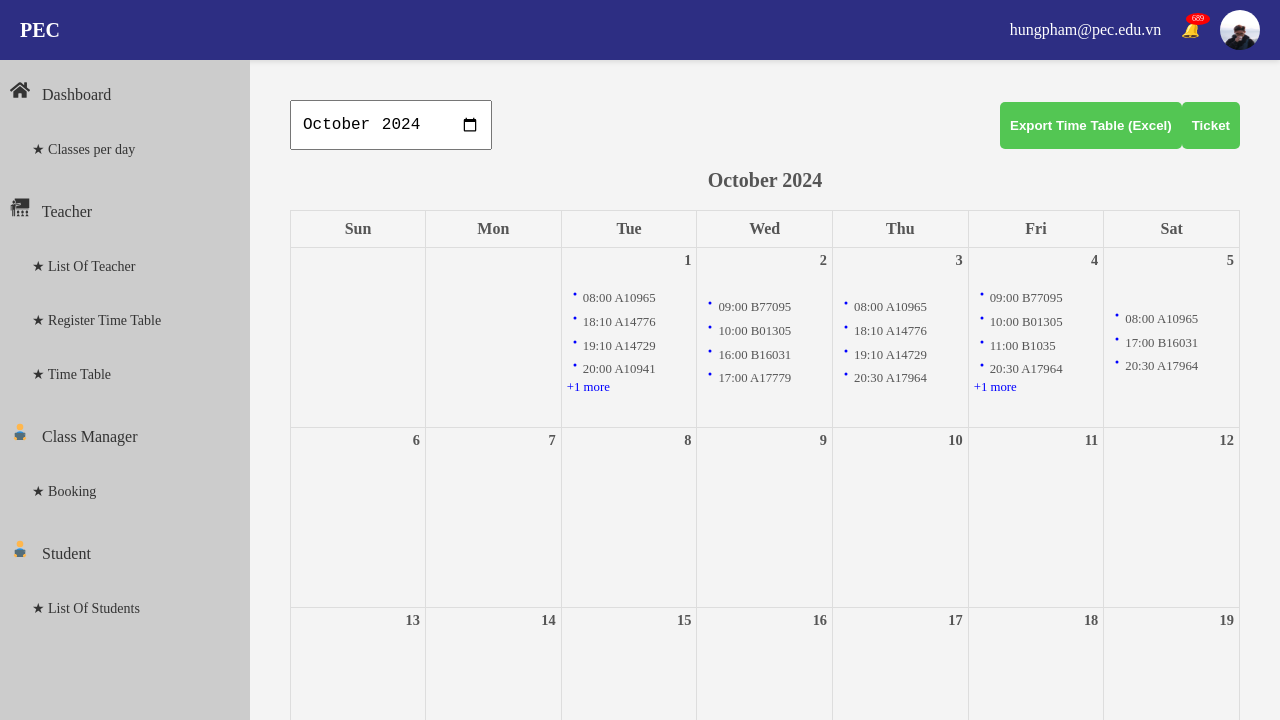
Repository: BitDanceLabels/Bumblebee_BDG
Page: /teacher-timetable
The author's editor kept a copy of each file at every save. The page is drawn from the files as they stood at one save, then again after the next save.
The browser window is 1280 px wide. The pictures show the whole page.
An inner scrolling area shows only its first screen. The project was rebuilt for these pictures with package versions that can differ from the ones it lists, and the page was loaded fresh each time. Also part of the build but not shown: vite.config.js, src/components/Dashboard/ScheduleComponent.jsx, src/components/Management/Booking.jsx, src/components/modal/CreateStudentModal.jsx, src/components/Student/ListOfStudent.jsx, src/components/modal/CreateTeacherModal.jsx, src/components/Teacher/TeacherTable.jsx, src/components/Teacher/ListOfTeacher.jsx and 9 more. Imported but missing from the stored project, and not drawn on this page: src/components/modal/DeactiveStudentModal.

Above is the page before, as saved 2024-10-07 10:09:07.

After the next save:
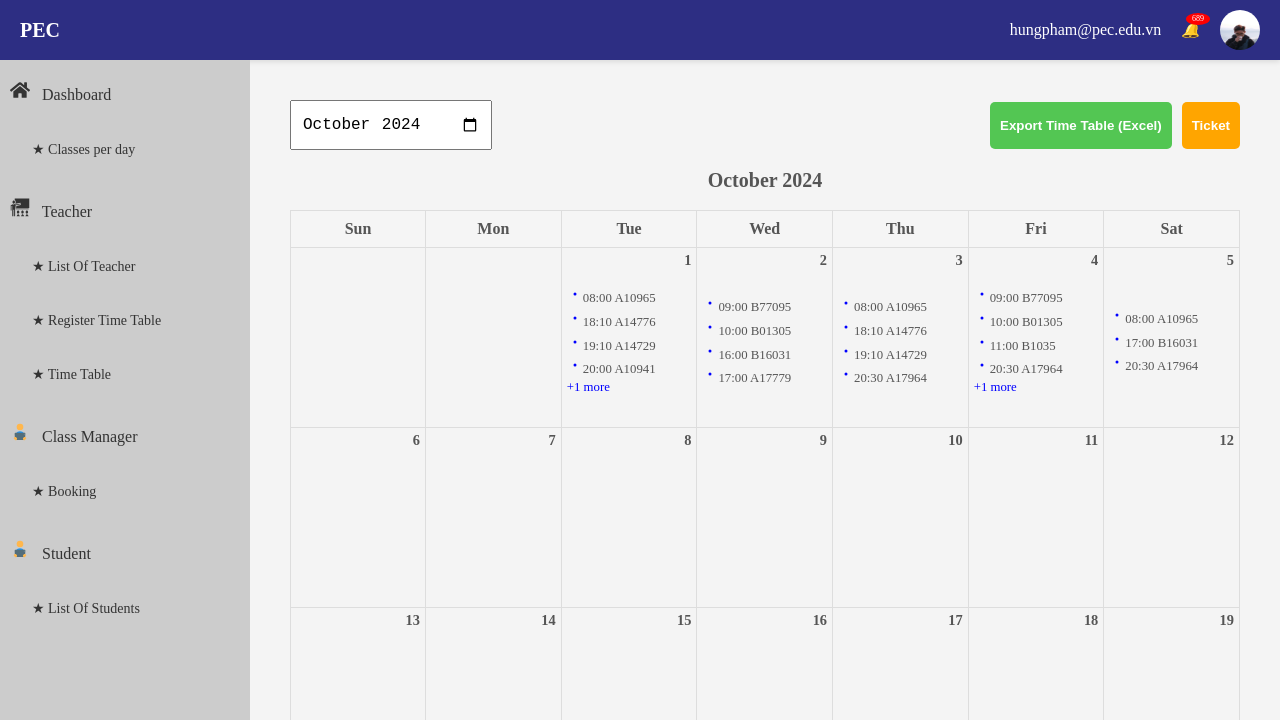
Saved 21 s later.
--- a/src/components/Teacher/TeacherTimeTable.jsx
+++ b/src/components/Teacher/TeacherTimeTable.jsx
@@ -344,8 +344,9 @@ const TeacherTimeTable = () => {
           />
         </div>
         <ButtonWrapper>
-          <Button>Export Time Table (Excel)</Button>
-          <Button onClick={openFullModal}>Ticket</Button> {/* Nút mở modal */}
+          <ExcelButton>Export Time Table (Excel)</ExcelButton>
+          <TicketButton onClick={openFullModal}>Ticket</TicketButton>{' '}
+          {/* Nút mở modal */}
         </ButtonWrapper>
       </Header>
       <Month>
